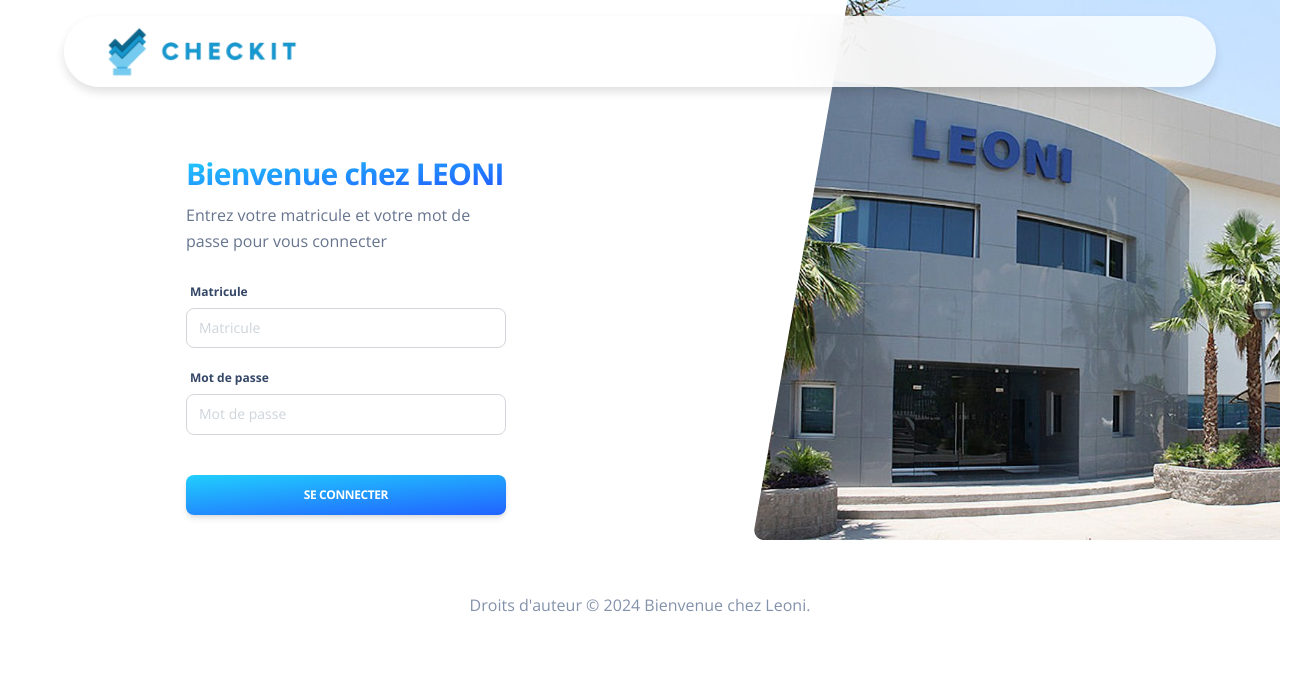
Repository: Wassim-BenSalah/CheckIt
Page: http://localhost/login
An editor plug-in stored every save of this project. The page is shown before and after a run of saves, followed by the edit.
The browser window is 1280 px wide. The page is 1292 px wide, so the pictures cover 1292 px, including what lies to the right of the window. The pictures show the whole page.
Some web libraries are served in a nearby version. The page is served by the project's Laravel application, run on PHP 8.4 with Laravel 10. Other server files are loaded and not shown.

Above is the page before, as saved 2024-06-03 16:46:36.

### routes/web.php
<?php

use Illuminate\Support\Facades\Route;

use App\Http\Controllers\LoginController;
use App\Http\Controllers\ChecklistController;
use App\Http\Controllers\DashboardController;
use App\Http\Controllers\ProfileController;
use App\Http\Controllers\checklistmensuelController;
use App\Http\Controllers\EditController;
use App\Http\Controllers\CreatePasswordController;
use App\Http\Controllers\NotificationController;
use App\Models\Notification;



/*
|--------------------------------------------------------------------------
| Web Routes
|--------------------------------------------------------------------------
|
| Here is where you can register web routes for your application. These
| routes are loaded by the RouteServiceProvider and all of them will
| be assigned to the "web" middleware group. Make something great!
|
*/

Route::get('/', function () {
    return view('welcome');
});

Route::post('/mark-all-notifications-read', [NotificationController::class, 'markAllAsRead']);
Route::get('/notifications', [NotificationController::class, 'getNotifications']);

Route::get('/login', [LoginController::class, 'showLoginForm'])->name('login');
Route::post('/login', [LoginController::class, 'login']);
Route::get('/dashboard', [DashboardController::class, 'index'])->name('dashboard');
Route::get('/profile', [ProfileController::class, 'index'])->name('profile');
Route::get('/fetch-profile', [ProfileController::class, 'fetchProfileData'])->name('fetch-profile');
Route::get('/edit', [EditController::class, 'index'])->name('edit');
Route::post('/create', [EditController::class, 'register'])->name('create');
Route::get('/formCheckListMensuel', [checklistmensuelController::class, 'showCheckListMensuelForm'])->name('formCheckListMensuel');
Route::post('formCheckListMensuel', [checklistmensuelController::class, 'remplirFormMensuel'])->name('checklistsMensuel.store');
Route::get('/CheckListMensuelle', [checklistmensuelController::class, 'index'])->name('CheckListMensuelle');

Route::get('/login/create-psw', [CreatePasswordController::class, 'index'])->name('createpsw');
Route::put('/login/create-psw', [CreatePasswordController::class, 'store'])->name('createpsw.store');



Route::get('/checklists', [ChecklistController::class, 'index'])->name('checklists');
Route::post('/checklists/store-checklist', [ChecklistController::class, 'storeCheckList'])->name('checklists.store');
Route::get('/createSalle',[ChecklistController::class,'getSalle'])->name('createSalle');
Route::post('/createSalle/store-salle', [ChecklistController::class, 'storeSalle'])->name('salle.store');
Route::delete('/checklists/{id}', [CheckListController::class, 'destroy'])->name('checklists.destroy');
Route::get('/checklists/{id}', [ChecklistController::class, 'show'])->name('checklists.show');

Route::delete('/checklistsMensuel/{id}', [ChecklistMensuelController::class, 'destroy'])->name('checklistsMensuel.destroy');
Route::post('/edit/{matricule}/toggle/{etat}', [EditController::class, 'toggleUser'])->name('users.toggle');
Route::put('/update/{matricule}', [EditController::class, 'update'])->name('update');
Route::get('/checklistsMensuel/{id}', [checklistmensuelController::class, 'show'])->name('checklistsMensuel.show');

### app/Http/Controllers/LoginController.php
<?php
namespace App\Http\Controllers;

use Illuminate\Http\Request;
use Illuminate\Support\Facades\Auth;

class LoginController extends Controller
{
    public function showLoginForm()
    {
        return view('login');
    }

    public function login(Request $request)
    {
        // Validation des données du formulaire
        $credentials = $request->validate([
            'matricule' => 'required|string',
            'password' => 'required|string',
        ], [
            'matricule.required' => 'Le champ Matricule est obligatoire.',
            'password.required' => 'Le champ Mot de passe est obligatoire.',
        ]);

        // Tentative de connexion de l'utilisateur
        if (Auth::attempt($credentials)) {
            // Authentication successful, retrieve user data
            $user = Auth::user();

            // Check user's status and role, and redirect accordingly
            if ($user->etat == 'new') {
                $user->save;
                session(['matricule' => $user->matricule]);
                session(['role' => $user->role]);

                return redirect()->route('createpsw'); // Redirect to createpassword.blade.php
            } elseif ($user->etat == 'active') {
                // Store user's matricule in session
                session(['matricule' => $user->matricule]);
                session(['role' => $user->role]);
                return redirect()->route('dashboard');

            } elseif ($user->etat == 'active') {

                // Store user's matricule in session
                session(['matricule' => $user->matricule]);
                session(['role' => $user->role]);
                // Redirect to dashboard
                return redirect()->route('dashboard');
            } elseif ($user->etat == 'inactive') {
                return redirect()->back()->withErrors(['compte desactiver']);
            }
        }

        // Authentication failed, redirect back with error message
        return redirect()->back()->withErrors(['Matricule ou mot de passe invalide. Veuillez réessayer.']);
    }


}

### resources/views/login.blade.php
<!--
=========================================================
* Soft UI Dashboard Tailwind - v1.0.5
=========================================================

* Page du produit : https://www.creative-tim.com/product/soft-ui-dashboard-tailwind
* Droits d'auteur 2023 Creative Tim (https://www.creative-tim.com)
* Sous licence MIT (https://www.creative-tim.com/license)
* Codé par Creative Tim

=========================================================

* L'avis de droits d'auteur ci-dessus et cet avis d'autorisation doivent être inclus dans toutes les copies ou portions substantielles du logiciel.
-->
<!DOCTYPE html>
<html lang="fr">
  <head>
    <meta charset="UTF-8" />
    <meta http-equiv="X-UA-Compatible" content="IE=edge" />
    <meta name="viewport" content="width=device-width, initial-scale=1.0" />
    <link rel="apple-touch-icon" sizes="76x76" href="/assets/img/apple-icon.png" />
    <link rel="icon" type="image/png" href="/assets/img/favicon.png" />
    <title>Liste de contrôle</title>
    <!-- Polices et icônes -->
    <link href="https://fonts.googleapis.com/css?family=Open+Sans:300,400,600,700" rel="stylesheet" />
    <!-- Icônes Font Awesome -->
    <script src="https://kit.fontawesome.com/42d5adcbca.js" crossorigin="anonymous"></script>
    <!-- Icônes Nucleo -->
    <link href="/assets/css/nucleo-icons.css" rel="stylesheet" />
    <link href="/assets/css/nucleo-svg.css" rel="stylesheet" />
    <!-- Styles principaux -->
    <link href="/assets/css/soft-ui-dashboard-tailwind.css?v=1.0.5" rel="stylesheet" />

    <!-- Analytiques Nepcha (nepcha.com) -->
    <!-- Nepcha est un outil d'analyse web facile à utiliser. Aucun cookie et entièrement conforme au RGPD, CCPA et PECR. -->
    <script defer data-site="VOTRE_DOMAINE_ICI" src="https://api.nepcha.com/js/nepcha-analytics.js"></script>
  </head>

  <body class="m-0 font-sans antialiased font-normal bg-white text-start text-base leading-default text-slate-500">
    <div class="container sticky top-0 z-sticky">
      <div class="flex flex-wrap -mx-3">
        <div class="w-full max-w-full px-3 flex-0">
          <!-- Navbar -->
          <nav class="absolute top-0 left-0 right-0 z-30 flex flex-wrap items-center px-4 py-2 mx-6 my-4 shadow-soft-2xl rounded-blur bg-white/80 backdrop-blur-2xl backdrop-saturate-200 lg:flex-nowrap lg:justify-start">
            <div class="flex items-center justify-between w-full p-0 pl-6 mx-auto flex-wrap-inherit">
              <img src="/assets/img/logos/checkit-blue.png" alt="Logo de app" style="width: 200px; height: auto;">
            </div>
          </nav>
        </div>
      </div>
    </div>
    <main class="mt-0 transition-all duration-200 ease-soft-in-out">
      <section>
        <div class="relative flex items-center p-0 overflow-hidden bg-center bg-cover min-h-75-screen">
          <div class="container z-10">
            <div class="flex flex-wrap mt-0 -mx-3">
              <div class="flex flex-col w-full max-w-full px-3 mx-auto md:flex-0 shrink-0 md:w-6/12 lg:w-5/12 xl:w-4/12">
                <div class="relative flex flex-col min-w-0 mt-32 break-words bg-transparent border-0 shadow-none rounded-2xl bg-clip-border">
                  <div class="p-6 pb-0 mb-0 bg-transparent border-b-0 rounded-t-2xl">
                    <h3 class="relative z-10 font-bold text-transparent bg-gradient-to-tl from-blue-600 to-cyan-400 bg-clip-text">Bienvenue chez LEONI</h3>
                    <p class="mb-0">Entrez votre matricule et votre mot de passe pour vous connecter</p>
                  </div>
                  <div class="flex-auto p-6">
                    <!-- Afficher un message de succès si l'utilisateur s'est inscrit avec succès -->
                          @if (session('success'))
                          <div>
                              <p>{{ session('success') }}</p>
                          </div>
                      @endif
                    <form action="{{ route('login') }}" method="post">
                       @csrf
                      <label class="mb-2 ml-1 font-bold text-xs text-slate-700">Matricule</label>
                      <div class="mb-4">
                        <input type="text" name="matricule"  class="focus:shadow-soft-primary-outline text-sm leading-5.6 ease-soft block w-full appearance-none rounded-lg border border-solid border-gray-300 bg-white bg-clip-padding px-3 py-2 font-normal text-gray-700 transition-all focus:border-fuchsia-300 focus:outline-none focus:transition-shadow" placeholder="Matricule"  />
                      </div>
                      <label class="mb-2 ml-1 font-bold text-xs text-slate-700">Mot de passe</label>
                      <div class="mb-4">
                        <input type="password" name="password" class="focus:shadow-soft-primary-outline text-sm leading-5.6 ease-soft block w-full appearance-none rounded-lg border border-solid border-gray-300 bg-white bg-clip-padding px-3 py-2 font-normal text-gray-700 transition-all focus:border-fuchsia-300 focus:outline-none focus:transition-shadow" placeholder="Mot de passe" aria-label="Mot de passe" aria-describedby="password-addon" />
                      </div>

                      <!-- Afficher les messages d'erreur s'il y en a -->
                          @if ($errors->any())
                          <div>
                              @foreach ($errors->all() as $error)
                                  <p>{{ $error }}</p>
                              @endforeach
                          </div>
                      @endif
                      <div class="text-center">
                        <button type="submit" class="inline-block w-full px-6 py-3 mt-6 mb-0 font-bold text-center text-white uppercase align-middle transition-all bg-transparent border-0 rounded-lg cursor-pointer shadow-soft-md bg-x-25 bg-150 leading-pro text-xs ease-soft-in tracking-tight-soft bg-gradient-to-tl from-blue-600 to-cyan-400 hover:scale-102 hover:shadow-soft-xs active:opacity-85">Se connecter</button>
                      </div>
                    </form>
                  </div>

                </div>
              </div>
              <div class="w-full max-w-full px-3 lg:flex-0 shrink-0 md:w-6/12">
                <div class="absolute top-0 hidden w-3/5 h-full -mr-32 overflow-hidden -skew-x-10 -right-40 rounded-bl-xl md:block">
                  <div class="absolute inset-x-0 top-0 z-0 h-full -ml-16 bg-cover skew-x-10" style="background-image: url('/assets/img/curved-images/02.jpg')"></div>
                </div>
              </div>
            </div>
          </div>
        </div>
      </section>
    </main>
    <footer class="py-12">

        <div class="flex flex-wrap -mx-3">
          <div class="w-8/12 max-w-full px-3 mx-auto mt-1 text-center flex-0">
            <p class="mb-0 text-slate-400">
              Droits d'auteur ©
              <script>
                document.write(new Date().getFullYear());
              </script>
              Bienvenue chez Leoni.
            </p>
          </div>
        </div>
      </div>
    </footer>
  </body>
  <!-- Plugin pour la barre de défilement -->
  <script src="/assets/js/plugins/perfect-scrollbar.min.js" async></script>
  <!-- Fichier de script principal -->
  <script src="/assets/js/soft-ui-dashboard-tailwind.js?v=1.0.5" async></script>
</html>

### public/assets/css/nucleo-svg.css
/* Generated using nucleoapp.com */
/* --------------------------------

Icon colors

-------------------------------- */

.icon {
  display: inline-block;
  /* icon primary color */
  color: #111111;
  height: 1em;
  width: 1em;
}

.icon use {
  /* icon secondary color - fill */
  fill: #7ea6f6;
}

.icon.icon-outline use {
  /* icon secondary color - stroke */
  stroke: #7ea6f6;
}

/* --------------------------------

Change icon size

-------------------------------- */

.icon-xs {
  height: 0.5em;
  width: 0.5em;
}

.icon-sm {
  height: 0.8em;
  width: 0.8em;
}

.icon-lg {
  height: 1.6em;
  width: 1.6em;
}

.icon-xl {
  height: 2em;
  width: 2em;
}

/* --------------------------------

Align icon and text

-------------------------------- */

.icon-text-aligner {
  /* add this class to parent element that contains icon + text */
  display: flex;
  align-items: center;
}

.icon-text-aligner .icon {
  color: inherit;
  margin-right: 0.4em;
}

.icon-text-aligner .icon use {
  color: inherit;
  fill: currentColor;
}

.icon-text-aligner .icon.icon-outline use {
  stroke: currentColor;
}

/* --------------------------------

Icon reset values - used to enable color customizations

-------------------------------- */

.icon {
  fill: currentColor;
  stroke: none;
}

.icon.icon-outline {
  fill: none;
  stroke: currentColor;
}

.icon use {
  stroke: none;
}

.icon.icon-outline use {
  fill: none;
}

/* --------------------------------

Stroke effects - Nucleo outline icons

- 16px icons -> up to 1px stroke (16px outline icons do not support stroke changes)
- 24px, 32px icons -> up to 2px stroke
- 48px, 64px icons -> up to 4px stroke

-------------------------------- */

.icon-outline.icon-stroke-1 {
  stroke-width: 1px;
}

.icon-outline.icon-stroke-2 {
  stroke-width: 2px;
}

.icon-outline.icon-stroke-3 {
  stroke-width: 3px;
}

.icon-outline.icon-stroke-4 {
  stroke-width: 4px;
}

.icon-outline.icon-stroke-1 use,
.icon-outline.icon-stroke-3 use {
  -webkit-transform: translateX(0.5px) translateY(0.5px);
  -moz-transform: translateX(0.5px) translateY(0.5px);
  -ms-transform: translateX(0.5px) translateY(0.5px);
  -o-transform: translateX(0.5px) translateY(0.5px);
  transform: translateX(0.5px) translateY(0.5px);
}

### public/assets/css/perfect-scrollbar.css
/*
 * Container style
 */
.ps {
  overflow: hidden !important;
  overflow-anchor: none;
  -ms-overflow-style: none;
  touch-action: auto;
  -ms-touch-action: auto;
}

/*
   * Scrollbar rail styles
   */
.ps__rail-x {
  display: none;
  opacity: 0;
  transition: background-color 0.2s linear, opacity 0.2s linear;
  -webkit-transition: background-color 0.2s linear, opacity 0.2s linear;
  height: 15px;
  /* there must be 'bottom' or 'top' for ps__rail-x */
  bottom: 0px;
  /* please don't change 'position' */
  position: absolute;
}

.ps__rail-y {
  display: none;
  opacity: 0;
  transition: background-color 0.2s linear, opacity 0.2s linear;
  -webkit-transition: background-color 0.2s linear, opacity 0.2s linear;
  width: 15px;
  /* there must be 'right' or 'left' for ps__rail-y */
  right: 0;
  /* please don't change 'position' */
  position: absolute;
}

.ps--active-x > .ps__rail-x,
.ps--active-y > .ps__rail-y {
  display: block;
  background-color: transparent;
}

.ps:hover > .ps__rail-x,
.ps:hover > .ps__rail-y,
.ps--focus > .ps__rail-x,
.ps--focus > .ps__rail-y,
.ps--scrolling-x > .ps__rail-x,
.ps--scrolling-y > .ps__rail-y {
  opacity: 0.6;
}

.ps .ps__rail-x:hover,
.ps .ps__rail-y:hover,
.ps .ps__rail-x:focus,
.ps .ps__rail-y:focus,
.ps .ps__rail-x.ps--clicking,
.ps .ps__rail-y.ps--clicking {
  background-color: #eee;
  opacity: 0.9;
}

/*
   * Scrollbar thumb styles
   */
.ps__thumb-x {
  background-color: #aaa;
  border-radius: 6px;
  transition: background-color 0.2s linear, height 0.2s ease-in-out;
  -webkit-transition: background-color 0.2s linear, height 0.2s ease-in-out;
  height: 6px;
  /* there must be 'bottom' for ps__thumb-x */
  bottom: 2px;
  /* please don't change 'position' */
  position: absolute;
}

.ps__thumb-y {
  background-color: #aaa;
  border-radius: 6px;
  transition: background-color 0.2s linear, width 0.2s ease-in-out;
  -webkit-transition: background-color 0.2s linear, width 0.2s ease-in-out;
  width: 6px;
  /* there must be 'right' for ps__thumb-y */
  right: 2px;
  /* please don't change 'position' */
  position: absolute;
}

.ps__rail-x:hover > .ps__thumb-x,
.ps__rail-x:focus > .ps__thumb-x,
.ps__rail-x.ps--clicking .ps__thumb-x {
  background-color: #999;
  height: 11px;
}

.ps__rail-y:hover > .ps__thumb-y,
.ps__rail-y:focus > .ps__thumb-y,
.ps__rail-y.ps--clicking .ps__thumb-y {
  background-color: #999;
  width: 11px;
}

/* MS supports */
@supports (-ms-overflow-style: none) {
  .ps {
    overflow: auto !important;
  }
}

@media screen and (-ms-high-contrast: active), (-ms-high-contrast: none) {
  .ps {
    overflow: auto !important;
  }
}

Loaded but not shown: app/Http/Controllers/Controller.php (common file); public/assets/js/plugins/perfect-scrollbar.min.js (library); public/assets/js/soft-ui-dashboard-tailwind.js (79 lines, source omitted); public/assets/js/perfect-scrollbar.js (36 lines, source omitted); public/assets/css/soft-ui-dashboard-tailwind.css (4274 lines, source omitted); public/assets/css/nucleo-icons.css (597 lines, source omitted)

After the next 2 saves:
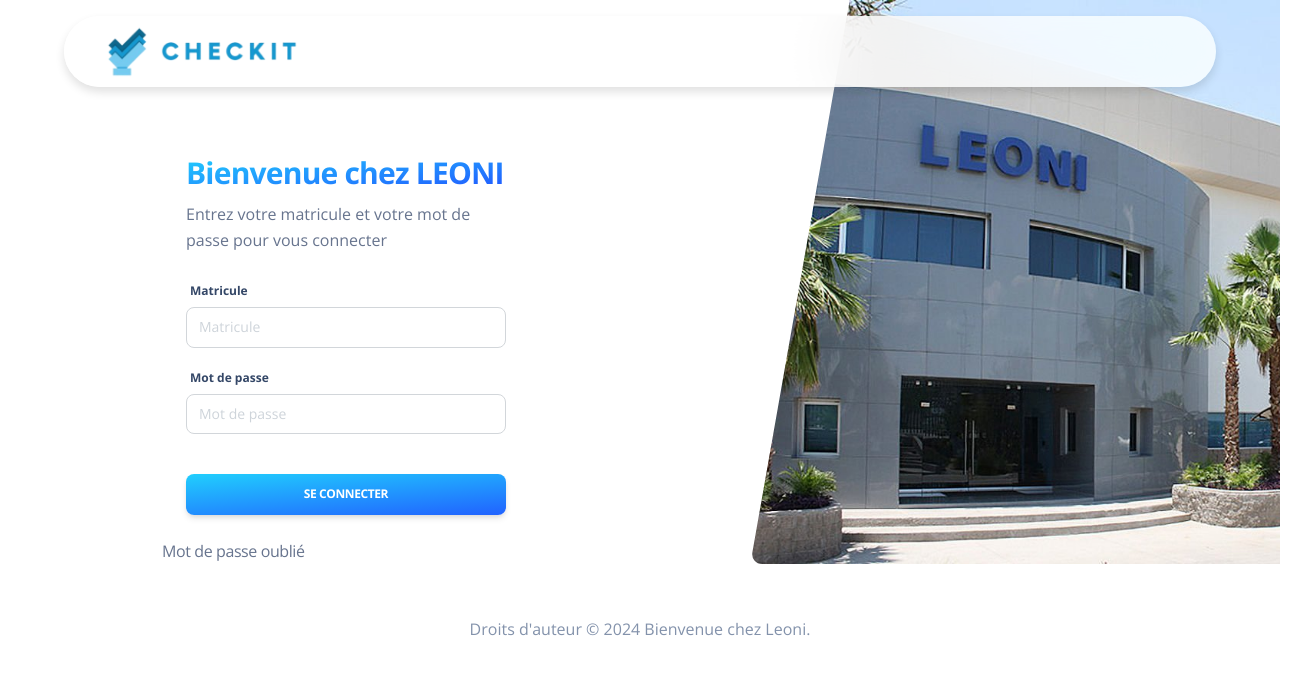
The 2 saves are shown as one change because 1 did not build or start.
The last was saved 18 min 37 s later.
--- a/routes/web.php
+++ b/routes/web.php
@@ -11,7 +11,7 @@
 use App\Http\Controllers\CreatePasswordController;
 use App\Http\Controllers\NotificationController;
 use App\Models\Notification;
-
+use App\Http\Controllers\ForgotPasswordController;
 
 
 /*
@@ -59,3 +59,4 @@
 Route::post('/edit/{matricule}/toggle/{etat}', [EditController::class, 'toggleUser'])->name('users.toggle');
 Route::put('/update/{matricule}', [EditController::class, 'update'])->name('update');
 Route::get('/checklistsMensuel/{id}', [checklistmensuelController::class, 'show'])->name('checklistsMensuel.show');
+Route::get('password/reset', [ForgotPasswordController::class, 'showLinkRequestForm'])->name('password.request');
--- a/resources/views/login.blade.php
+++ b/resources/views/login.blade.php
@@ -89,8 +89,10 @@
                       <div class="text-center">
                         <button type="submit" class="inline-block w-full px-6 py-3 mt-6 mb-0 font-bold text-center text-white uppercase align-middle transition-all bg-transparent border-0 rounded-lg cursor-pointer shadow-soft-md bg-x-25 bg-150 leading-pro text-xs ease-soft-in tracking-tight-soft bg-gradient-to-tl from-blue-600 to-cyan-400 hover:scale-102 hover:shadow-soft-xs active:opacity-85">Se connecter</button>
                       </div>
+
                     </form>
                   </div>
+                 <a href="{{ route('password.request') }}">Mot de passe oublié</a>
 
                 </div>
               </div>
